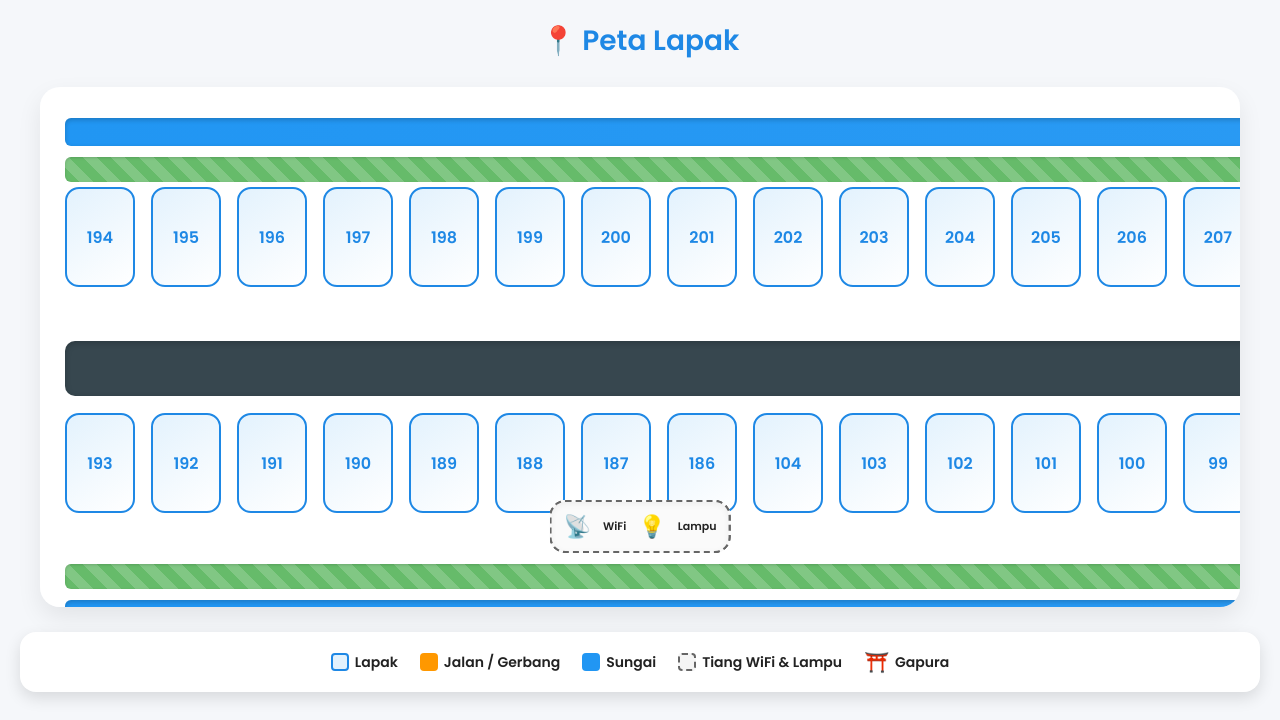
Repository: pasarrakyatbak/denah
Page: index.html
These files come from the project's save history. The page is drawn as it stood at one moment and after the next save; the edit follows.
The browser window is 1280 px wide. The pictures show the whole page.
An inner scrolling area shows only its first screen.

Above is the page before, as saved 2025-09-19 18:59:55.

After the next save:
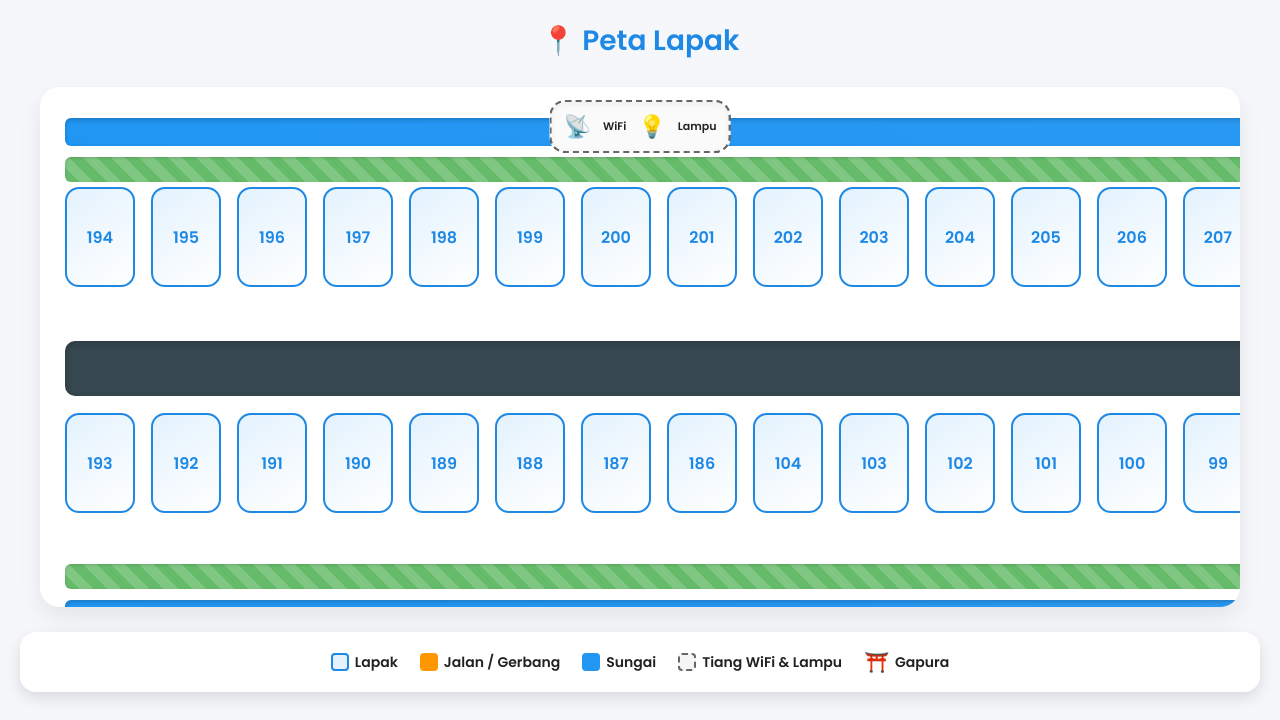
Saved 25 s later.
--- a/style.css
+++ b/style.css
@@ -155,7 +155,7 @@ h1 {
 /* Tiang WiFi + Lampu */
 .tiang-container {
     position: absolute;
-    top: 500px;
+    top: 100px;
     left: 50%;
     transform: translateX(-50%);
     z-index: 10;
